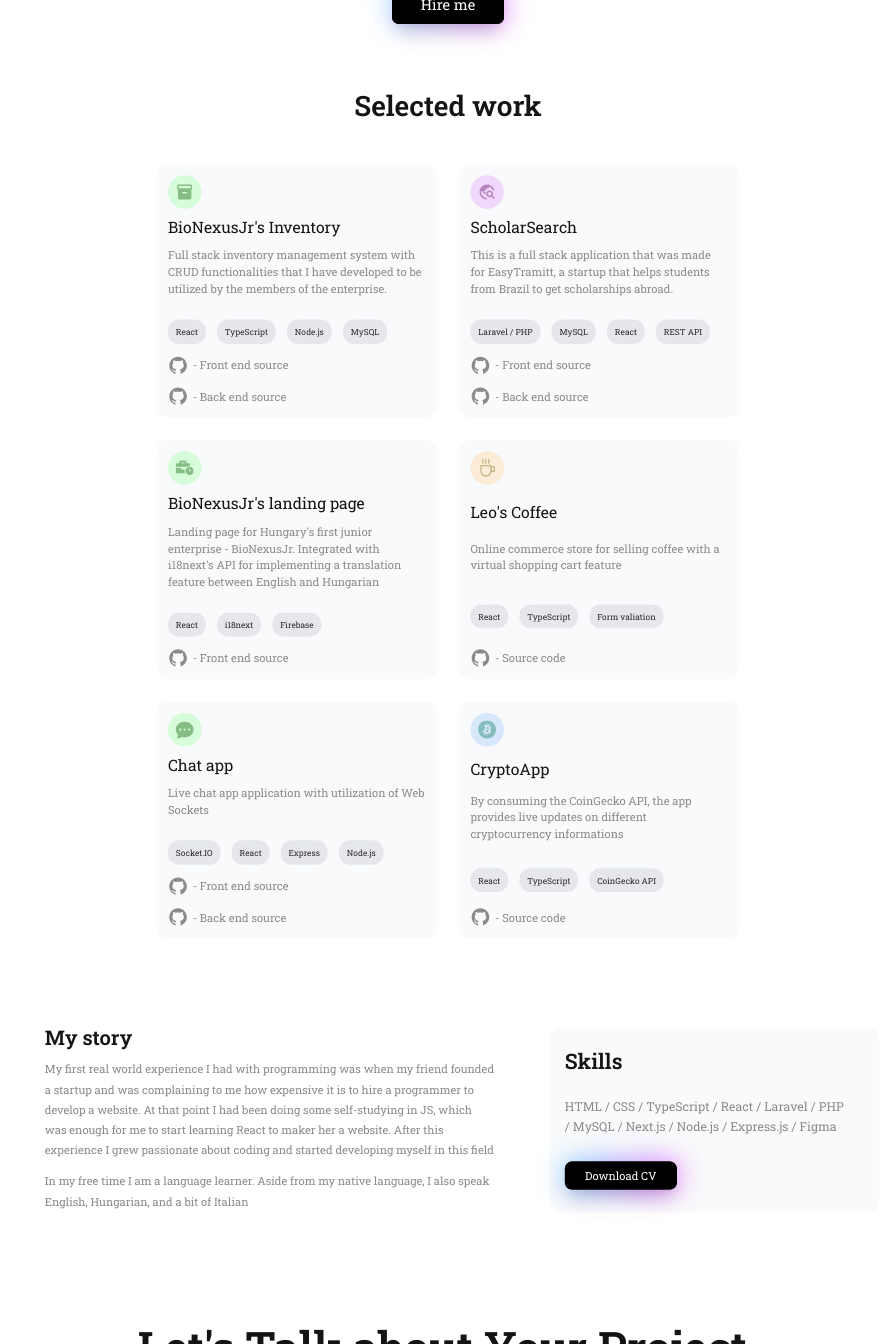
Repository: Leoka2000/portfolio-final
Page: /
These files come from the project's save history. The page is drawn as it stood at one moment and after the next save; the edit follows.
The browser window is 1280 px wide. The pictures show the part of the page from y = 449 to 2369 px (the page is 2958 px tall before and 3329 px after), at 70% of full size.
Some web fonts or font styles are not loaded; a fallback is used. The project was rebuilt for these pictures with package versions that can differ from the ones it lists, and the page was loaded fresh each time. Some packages were replaced by stand-ins written for this rebuild. Also part of the build but not shown: src/App.css. Imported but missing from the stored project, and not drawn on this page: src/assets/BioNexus.mp4, src/assets/LeoCV.pdf, src/assets/ScholarSearch.mp4, src/assets/chat-app.mp4.

Above is the page before, as saved 2023-09-05 12:17:21.

### public/index.html
<!DOCTYPE html>
<html lang="en">
  <head>
    <meta charset="utf-8" />
    <link rel="icon" href="%PUBLIC_URL%/favicon.ico" />
    <meta name="viewport" content="width=device-width, initial-scale=1" />
    <meta name="theme-color" content="#000000" />
    <meta
      name="description"
      content="Web site created using create-react-app"
    />
    <link rel="apple-touch-icon" href="%PUBLIC_URL%/logo192.png" />
    <!-- font -->
    <link rel="preconnect" href="https://fonts.googleapis.com">
    <link rel="preconnect" href="https://fonts.gstatic.com" crossorigin>
    <link href="https://fonts.googleapis.com/css2?family=Fira+Sans+Extra+Condensed:wght@300&family=Roboto+Condensed:wght@300&family=Roboto+Slab:wght@400;500;600&display=swap" rel="stylesheet">

    <!-- font -->
    <link rel="manifest" href="%PUBLIC_URL%/manifest.json" />

    <title>React App</title>
  </head>
  <body>
    <noscript>You need to enable JavaScript to run this app.</noscript>
    <div id="root"></div>
    <!--
      This HTML file is a template.
      If you open it directly in the browser, you will see an empty page.

      You can add webfonts, meta tags, or analytics to this file.
      The build step will place the bundled scripts into the <body> tag.

      To begin the development, run `npm start` or `yarn start`.
      To create a production bundle, use `npm run build` or `yarn build`.
    -->
  </body>
</html>

### src/pages/main/home.jsx
import React from 'react'
import Navbar from '../../compontents/navbar/navbar'
import Hero from './hero/hero'
import Work from './work/work-parent'
import About from './about/about'
import Contact from '../contact/contact'


const Home = () => {
  return (
    <>

      <Hero/>
      <Work/>
      <About/>
      <Contact/>
    </>
  )
}

export default Home

### src/compontents/navbar/navbar.css
.nav-navbar {
    display: flex;
    justify-content: flex-start;

    align-items: center;
    height: 90px;
}

.nav-navbar > span {
    display: flex;
    color: var(--h1);
    text-align: center;
    align-items: center;
    justify-content: center;
    background-color: #f5f5f5;
    font-weight: 300;
    padding: 9px 30px;
    border-radius: 30px;
    height: 2rem;
    gap: 1rem;
    width: auto;
    position: absolute;
    right: 30rem;

}
.nav-navbar > span > div {
width: 1.4rem;
border-radius: 100%;
background-color: rgb(101, 223, 101);
height: 1.4rem;
}
.dropdown-menu{
    position: absolute;
    right: 0;
    margin-right: 2rem;


}
.nav-dropdown {
    transform: none;
    transition: all 2s ease-in-out;
    margin-top: 1rem;
    background-color: #f5f5f5;
    position: absolute;
    top: 1;
    right: 0;
    border-radius: 10px;
    width: 10rem;
    height: 8.5rem;
    font-size: 1.2rem;
    transition: all .2s ease-in-out;
    box-shadow: rgba(0, 0, 0, 0.1) 0px 20px 25px -5px, rgba(0, 0, 0, 0.04) 0px 10px 10px -5px;
    opacity:1;
    transition:

     0s linear,
     1s linear;
}
.nav-dropdown::before {
    content: "";
z-index: -1;
position: absolute;
top: 0;
right: 0;
bottom: 0;
left: 0;
background: linear-gradient(-45deg,#e81cff,#40c9ff);
transform: translateZ(0) scale(.95);
filter: blur(20px);
opacity: .6;
transition: .3s;
border-radius: inherit;
transition: all 2s ease-in-out;

}
.dropdown{

    list-style: none;
    display: flex;
 flex-direction: column;
 padding: 1rem;
 transform: none;
 opacity:1;
    transition:

     0s linear,
     1s linear;


}

.dropdown > a {
    list-style: none;
    width: 84%;
    display: flex;
    padding: 0.5rem 1rem 0.5rem 0.7rem;
}
.dropdown > a > a {
    width: 100%;
}
.dropdown a:hover {
    background-color: rgb(219, 219, 219);
    cursor: pointer;
    border-radius: 10px;
    transition: 0.2s;
}
.nav-navbar > div > button {
    background-color: transparent;
    outline: none;
    border: none;
    display: flex;
    align-items: center;
    background-color: #f5f5f5;
    border-radius: 10px;

    padding: 0.8rem;
    justify-content: center;
    gap: 0.2rem;
    cursor: pointer;
    position: relative;
    transition: 0.3s;
}
.nav-navbar > div > button:hover {
background-color: rgb(228, 228, 228);
transform: scale(1.1);
}
.dropdown-menu > button > p {
    font-size: 1.2rem;

}
.dropdown-menu button svg {
    font-size: 1.5rem;
}

### src/pages/main/hero/hero.jsx
import React from 'react'
import {AiFillGithub} from 'react-icons/ai'
import {AiOutlineMail} from 'react-icons/ai'
import {AiFillLinkedin} from 'react-icons/ai'
import './hero.css'
import { Link } from 'react-scroll'

const hero = () => {
  return (
    <>
      <section className='hero-section'>
        <h1>Hi, I'm Leo, a front-end developer</h1>
        <p>I build things for the web primarily using React. Currently living in Hungary</p>
        <div className='icons-wrapper'>
          <a href='https://www.linkedin.com/in/leoreus/'><AiFillGithub/></a>
          <a href='https://github.com/Leoka2000'><AiOutlineMail/> </a>
          <a><AiFillLinkedin/></a>
        </div>
        <button className='hero-btn'> <Link to="contact" spy={true} smooth={true} offset={100} duration={500}>Hire me</Link></button>
      </section>
    </>
  )
}

export default hero

### src/pages/main/work/work-parent.jsx
import React from 'react'
import './work.css'
import Bionexus from './projects/bionexus/index'
import CoffeeApp from './projects/coffee/index'
import ChatApp from './projects/chatapp/index'
import EasyTramitt from './projects/easy/index'
import CryptoApp from './projects/cryptoapp/index'
import Inventory from './projects/inventory'



const Work = () => {
  return (
    <>
      <section id='work' className='work-section'>
        <header><h1>Selected work</h1></header>
        <main className='work-main'>
       <Inventory/>
        <EasyTramitt />
          <Bionexus />
          <CoffeeApp />
          <ChatApp />
          <CryptoApp />



        </main>


      </section>
    </>
  )
}

export default Work

### src/pages/main/hero/hero.css
.hero-section {
    display: flex;
    flex-direction: column;
    text-align: center;
    align-items: center;
    padding: 4rem 2rem 2rem 2rem;
    justify-content: center;
    gap: 1.5rem
}
.hero-section h1 {
    color: var(--h1);
    font-size: 4rem;
}
.hero-section p {
    color: var(--p);
    font-size: 2rem;
    line-height: 2.5rem;
    max-width: 45rem;

}
.icons-wrapper {
    font-size: 2rem;
    color: var(--p);
    background-color: #f5f5f5;
    border-radius: 25px;
    align-items: center;
    padding: 0.8rem 0 0.5rem 0;
    width: 12rem;
    display: flex;
    justify-content: center;
    gap: 1rem;
    cursor: pointer;

}
.icons-wrapper a {
    text-decoration: none;
    color: var(--p);
}
.icons-wrapper svg {
    transition: 0.4s;
}
.icons-wrapper svg:hover {
    color: rgb(0, 0, 0);
}


.hero-section > button {
    font-family: 'Fira Sans Extra Condensed', sans-serif;

    font-family: 'Inter', sans-serif;

    font-family: 'Roboto Condensed', sans-serif;

    font-family: 'Roboto Slab', serif;

    display: flex;
    justify-content: center;
    align-items: center;
    color: white;
    font-size: 1.3rem;
    width: 10rem;
    height: 3.5rem;
    border-radius: 10px;
    outline: none;
    background-color: black;
    border: none;
    position: relative;
    cursor: pointer;
    transition: all .2s ease-in-out;
    box-shadow: rgba(0, 0, 0, 0.1) 0px 20px 25px -5px, rgba(0, 0, 0, 0.04) 0px 10px 10px -5px;
}
.hero-section > button::before {
    content: "";
z-index: -1;
position: absolute;
top: 0;
right: 0;
bottom: 0;
left: 0;
background: linear-gradient(-45deg, #e81cff, #40c9ff);
transform: translateZ(1) scale(.98);
filter: blur(20px);
opacity: .6;
transition: opacity .3s;
border-radius: inherit;
transition: all .2s ease-in-out;
}
.hero-section > button::after {

        content: "";
        z-index: -1;
        position: absolute;
        top: 0;
        right: 0;
        bottom: 0;
        left: 0;
        background: inherit;
        border-radius: inherit;
      }

.hero-section > button:hover {
transform: scale(1.1);
background-color: white;
color: black;
}



@media screen and (max-width: 1000px) {
    .hero-section > h1 {
        color: var(--h1);
        font-size: 2rem;
    }
    .hero-section > p {
        font-size: 1.2rem;
        line-height: 1.4rem;
    }

}

### src/pages/main/work/projects/bionexus/index.jsx
import React from 'react'
import {FaBusinessTime} from 'react-icons/fa'
import {AiFillGithub} from 'react-icons/ai'

const index = () => {

  return (
    <a target='_blank' href='https://bionexusjr.com/' className='individual-wrapper'>
    <span id='work-2'><FaBusinessTime/></span>
    <h1>BioNexusJr's landing page</h1>
    <p>Landing page for Hungary's first junior enterprise - BioNexusJr. Integrated with i18next's API for implementing a translation feature between English and Hungarian</p>
    <div className='key-wrapper'>
    <span>React</span>
      <span>i18next</span>
      <span>Firebase</span>
    </div>
    <a target='_blank' href='https://github.com/Leoka2000/BioNexus-s-Website'><AiFillGithub/><p id='hover'>- Front end source</p></a>
  </a>
  )
}

export default index

### src/pages/main/work/projects/coffee/index.jsx
import React from 'react'
import {AiOutlineCoffee} from 'react-icons/ai'
import {AiFillGithub} from 'react-icons/ai'

const index = () => {
  return (
    <a target='_blank'  href='https://melodious-rabanadas-153006.netlify.app/' className='individual-wrapper'>
      <span id='work-3'><AiOutlineCoffee/></span>
      <h1>Leo's Coffee</h1>
      <p>Online commerce store for selling coffee with a virtual shopping cart feature</p>
      <div className='key-wrapper'>
        <span>React</span>
        <span>TypeScript</span>
        <span>Form valiation</span>
      </div>
      <a target='_blank' href='https://github.com/Leoka2000/e-commerce-website'><AiFillGithub/><p id='hover'>- Source code</p></a>
    </a>
  )
}

export default index

### src/pages/main/work/projects/chatapp/index.jsx
import { useState } from 'react'
import { BsFillChatDotsFill } from 'react-icons/bs'
import { AiFillGithub } from 'react-icons/ai'
import video from '../../../../../assets/chat-app.mp4'

const Index = () => {
  const [isVideoPlaying, setIsVideoPlaying] = useState(false);

  const handleVideoClick = (event) => {
    const targetElement = event.target;
    const isGithubLink = targetElement.closest('.github-link');

    if (!isGithubLink) {
      setIsVideoPlaying(true);
      disableScroll();
    }
  };

  const handleQuitVideo = () => {
    setIsVideoPlaying(false);
    enableScroll();
  };

  const disableScroll = () => {
    document.body.style.overflow = 'hidden';
  };

  const enableScroll = () => {
    document.body.style.overflow = '';
  };

  return (
    <div>
      <div onClick={handleVideoClick} className='individual-wrapper'>
        <span id='work-4'><BsFillChatDotsFill /></span>
        <h1>Chat app</h1>
        <p>Live chat app application with utilization of Web Sockets</p>
        <div className='key-wrapper'>
          <span>Socket.IO</span>
          <span>React</span>
          <span>Express</span>
          <span>Node.js</span>
        </div>
        <a target='_blank' href="https://github.com/Leoka2000/chat-app-front-end" className="github-link">
          <AiFillGithub />
          <p id="hover">- Front end source</p>
        </a>
        <a target='_blank' href="https://github.com/Leoka2000/chat-app-back-end" className="github-link">
          <AiFillGithub />
          <p id="hover">- Back end source</p>
        </a>
      </div>
      {isVideoPlaying && (
        <div className="video-overlay">
          <video src={video} controls autoPlay />
          <button onClick={handleQuitVideo}>Quit</button>
        </div>
      )}
    </div>
  )
}


export default Index

### src/pages/main/work/projects/easy/index.jsx
import React, { useState } from 'react';
import { MdTravelExplore } from 'react-icons/md';
import { AiFillGithub } from 'react-icons/ai';
import video from '../../../../../assets/ScholarSearch.mp4';

const Index = () => {
  const [isVideoPlaying, setIsVideoPlaying] = useState(false);

  const handleVideoClick = (event) => {
    const targetElement = event.target;
    const isGithubLink = targetElement.closest('.github-link');

    if (!isGithubLink) {
      setIsVideoPlaying(true);
      disableScroll();
    }
  };

  const handleQuitVideo = () => {
    setIsVideoPlaying(false);
    enableScroll();
  };

  const disableScroll = () => {
    document.body.style.overflow = 'hidden';
  };

  const enableScroll = () => {
    document.body.style.overflow = '';
  };

  return (
    <div>
      <div onClick={handleVideoClick} className="individual-wrapper">
        <span id="work-5">
          <MdTravelExplore />
        </span>
        <h1>ScholarSearch</h1>
        <p>
          This is a full stack application that was made for EasyTramitt, a
          startup that helps students from Brazil to get scholarships abroad.
        </p>
        <div className="key-wrapper">
          <span>Laravel / PHP</span>
          <span>MySQL</span>
          <span>React</span>
          <span>REST API</span>
        </div>
        <a target='_blank' href="https://github.com/Leoka2000/front-end-ScholarSearch" className="github-link">
          <AiFillGithub />
          <p id="hover">- Front end source</p>
        </a>
        <a  target='_blank' href="https://github.com/Leoka2000/back-end-laravel" className="github-link">
          <AiFillGithub />
          <p id="hover">- Back end source</p>
        </a>
      </div>

      {isVideoPlaying && (
        <div className="video-overlay">
          <video src={video} controls autoPlay />
          <button onClick={handleQuitVideo}>Quit</button>
        </div>
      )}
    </div>
  );
};

export default Index;

### src/pages/main/work/projects/cryptoapp/index.jsx
import React from 'react'
import {SiBitcoin} from 'react-icons/si'
import {AiFillGithub} from 'react-icons/ai'

const index = () => {
  return (
    <a target='_blank'  href='https://regal-macaron-8fc4ed.netlify.app/' className='individual-wrapper'>
      <span id='work-1'><SiBitcoin/></span>
      <h1>CryptoApp</h1>
      <p>By consuming the CoinGecko API, the app provides live updates on different cryptocurrency informations</p>
      <div className='key-wrapper'>
      <span>React</span>
      <span>TypeScript</span>
        <span>CoinGecko API</span>
      </div>
      <a target='_blank' href='https://github.com/Leoka2000/CryptoApp'><AiFillGithub/><p id='hover'>- Source code</p></a>
    </a>
  )
}

export default index

### src/pages/main/work/projects/inventory/index.jsx
import React, { useState } from 'react'
import { MdInventory } from 'react-icons/md'
import { AiFillGithub } from 'react-icons/ai'
import video from '../../../../../assets/BioNexus.mp4'

const Index = () => {
  const [isVideoPlaying, setIsVideoPlaying] = useState(false);

  const handleVideoClick = (event) => {
    const targetElement = event.target;
    const isGithubLink = targetElement.closest('.github-link');

    if (!isGithubLink) {
      setIsVideoPlaying(true);
      disableScroll();
    }
  };

  const handleQuitVideo = () => {
    setIsVideoPlaying(false);
    enableScroll();
  };

  const disableScroll = () => {
    document.body.style.overflow = 'hidden';
  };

  const enableScroll = () => {
    document.body.style.overflow = '';
  };

  return (
    <div>
      <div onClick={handleVideoClick} className='individual-wrapper'>
        <span id='work-2'><MdInventory /></span>
        <h1>BioNexusJr's Inventory</h1>
        <p>Full stack inventory management system with CRUD functionalities that I have developed to be utilized by the members of the enterprise.</p>
        <div className='key-wrapper'>
          <span>React</span>
          <span>TypeScript</span>
          <span>Node.js</span>
          <span>MySQL</span>
        </div>
        <a target='_blank' href="https://github.com/Leoka2000/inventory-bionexusjr" className="github-link">
          <AiFillGithub />
          <p id="hover">- Front end source</p>
        </a>
        <a target='_blank' href="https://github.com/Leoka2000/inventory-app-backend" className="github-link">
          <AiFillGithub />
          <p id="hover">- Back end source</p>
        </a>
      </div>
      {isVideoPlaying && (
        <div className="video-overlay">
          <video src={video} controls autoPlay />
          <button onClick={handleQuitVideo}>Quit</button>
        </div>
      )}
    </div>
  )
}

export default Index

### src/pages/main/about/about.css
.about-section {
    display: flex;
    gap: 0.5rem;
    padding: 7rem 1.5rem 5rem 4rem;
}

.left {
    display: flex;
    flex-direction: column;
    width: 50rem;
    gap: 1rem;

}
.left > h1 {
    color: var(--h1);
    font-size: 1.8rem;
}
.left > p {
    line-height: 1.8rem;
    color: var(--p);
    font-size: 1rem;
    font-weight: normal;
    -webkit-font-smoothing: antialiased;
    -moz-osx-font-smoothing: grayscale;
    width: 90%;

}

.right {
    display:flex;
    flex-direction: column;
    background-color: var(--background);
    border-radius: 16px;
    gap:1.6rem;
    padding: 1.3rem;
    justify-content: space-evenly;
    z-index: 0;
    width: 30rem;

}
.right > h1 {
    font-size: 1.9rem;
}
.right > p {
    color: var(--p);
    font-size: 1.1rem;
    line-height: 1.8rem;
    width: 95%;
}
.right-btn {
    display: flex;
    justify-content: center;
    align-items: center;
    color: white;
    font-size: 1rem;
    width: 10rem;
    height: 2.5rem;
    border-radius: 10px;
    outline: none;

    background-color: black;
    border: none;
    position: relative;
    cursor: pointer;
    transition: all .2s ease-in-out;
    box-shadow: rgba(0, 0, 0, 0.1) 0px 20px 25px -5px, rgba(0, 0, 0, 0.04) 0px 10px 10px -5px;
    font-family: 'Fira Sans Extra Condensed', sans-serif;

    font-family: 'Inter', sans-serif;

    font-family: 'Roboto Condensed', sans-serif;

    font-family: 'Roboto Slab', serif;
}
.right-btn::before {
    content:"";
z-index: -1;
position: absolute;
top: 0;
right: 0;
bottom: 0;

left: 0;
background: linear-gradient(-45deg, #e81cff, #40c9ff);
transform: translateZ(1) scale(.98);
filter: blur(20px);
opacity: 0.8;
transition: opacity .3s;
border-radius: inherit;
transition: all .2s ease-in-out;
}
.right-btn::after {

        content: "";
        z-index: -1;
        position: absolute;
        top: 0;
        right: 0;
        bottom: 0;
        left: 0;
        background: inherit;
        border-radius: inherit;
      }

      .right-btn:hover {
transform: scale(1.1);
background-color: white;
color: black;
}




@media screen and (max-width: 1150px) {
    .right {
        width: 35rem;


    }
    .left {
        width: 40rem;
        padding-left: 1.5rem;
    }
}

@media screen and (max-width: 1000px) {
    .about-section {
        flex-direction: column;
        padding-left: 0rem;
    }
    .right {
        width: 90%;



    }
    .left {
        width: 90%;
        padding-bottom: 1.5rem;


    }
    .left > p {
        width: 100%;
    }

    .right-btn {
        width: 13rem;
    }

    .right > p {

        font-size: 1.2rem;

    }
}

### src/pages/main/about/thingsido/index.jsx
import React from 'react'

const index = () => {
  return (
    <div className='left'>
            <h1>My story</h1>
            <p>My first real world experience I had with programming was when my friend founded a startup and was complaining to me how expensive it is to hire a programmer to develop a website. At that point I had been doing some self-studying in JS, which was enough for me to start learning React to maker her a website. After this experience I grew passionate about coding and started developing myself in this field</p>
            <p>In my free time I am a language learner. Aside from my native language, I also speak English, Hungarian, and a bit of Italian</p>
        </div>
  )
}

export default index

### src/pages/main/about/skills/index.jsx
import React from 'react'
import CV from '../../../../assets/LeoCV.pdf'
import './index.css'



const index = () => {
    return (
        <div className='right'>
            <h1>Skills</h1>
            <p>HTML / CSS / TypeScript / React / Laravel / PHP / MySQL / Next.js / Node.js / Express.js / Figma</p>
            <a href={CV} download className='right-btn'>Download CV</a>
        </div>
    )
}

export default index

### src/pages/main/work/projects/megyamelo/index.jsx
import React from 'react'
import {SiBitcoin} from 'react-icons/si'
import logo from '../../../../../assets/megyamelo.jpg'

const Index = () => {
  return (
    <a target='_blank'  href='https://www.megyamelo.com' className='individual-wrapper'>
      <span id='work-1'><SiBitcoin/></span>
      <h1>Megy a Meló</h1>
      <p>Application developed to help students of Hungarian univeristies to get jobs. It is currently being used by a variaety of students of different institutions in the country</p>
      <div className='key-wrapper'>
      <span>Angular</span>
      <span>TypeScript</span>
      <span>i18next</span>
        <span>EmailJS</span>
      </div>
    </a>
  )
}

export default Index

Loaded but not shown: src/index.js (common file); src/index.css (common file); src/App.js (common file); src/pages/contact/inputs/index.js (87 lines, source omitted); src/compontents/navbar/navbar.js (35 lines, source omitted); src/pages/contact/contact.js (22 lines, source omitted); src/pages/main/about/about.js (15 lines, source omitted); src/pages/main/work/work.css (203 lines, source omitted); src/pages/contact/contact.css (158 lines, source omitted); src/pages/main/about/skills/index.css (no stored copy; drawn as an empty file)

After the next save:
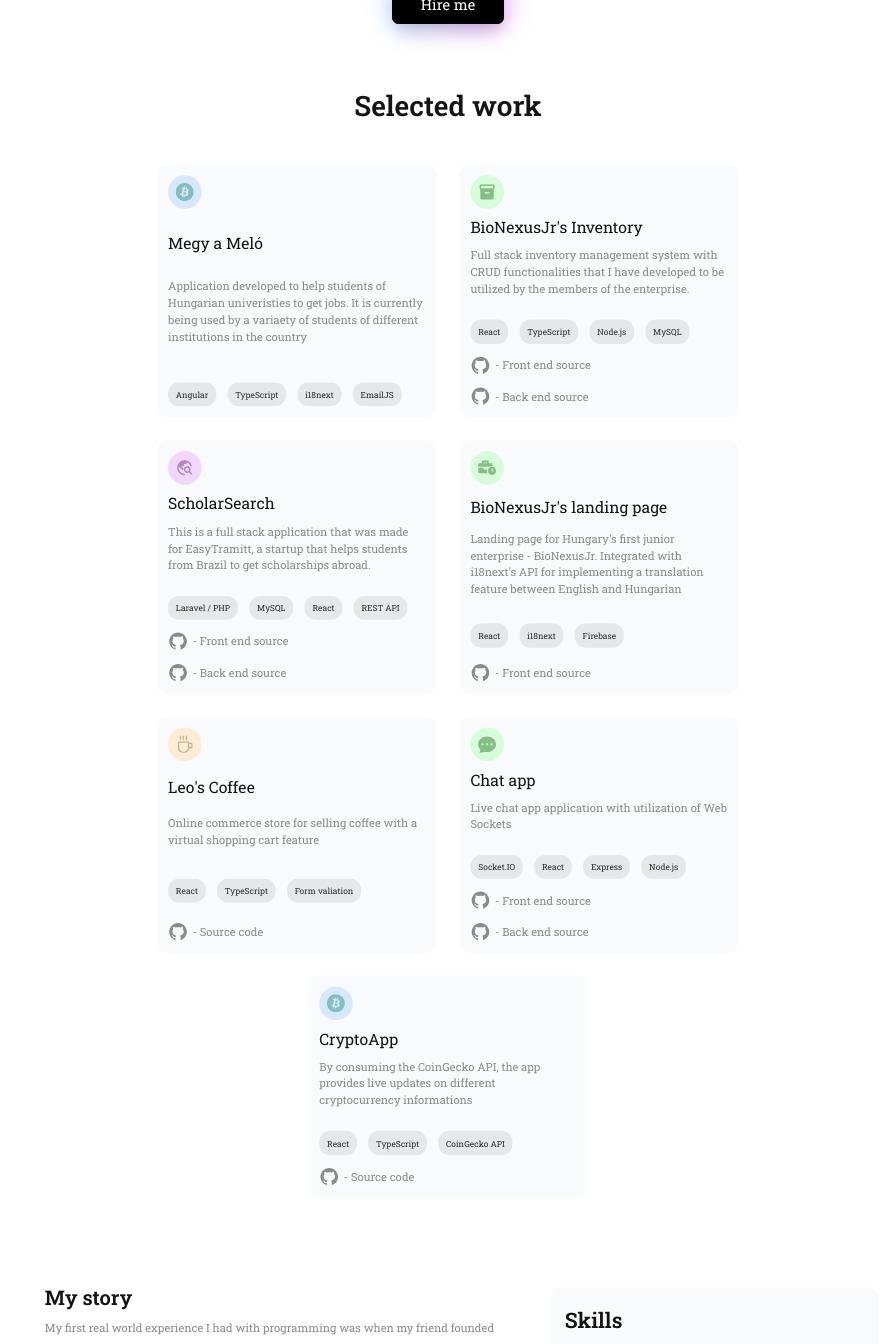
Saved 34 s later.
--- a/src/pages/main/work/work-parent.jsx
+++ b/src/pages/main/work/work-parent.jsx
@@ -6,6 +6,7 @@ import ChatApp from './projects/chatapp/index'
 import EasyTramitt from './projects/easy/index'
 import CryptoApp from './projects/cryptoapp/index'
 import Inventory from './projects/inventory'
+import MegyaMelo from './projects/megyamelo'
 
 
 
@@ -15,6 +16,7 @@ const Work = () => {
       <section id='work' className='work-section'>
         <header><h1>Selected work</h1></header>
         <main className='work-main'>
+          <MegyaMelo/>
        <Inventory/>
         <EasyTramitt />
           <Bionexus />
